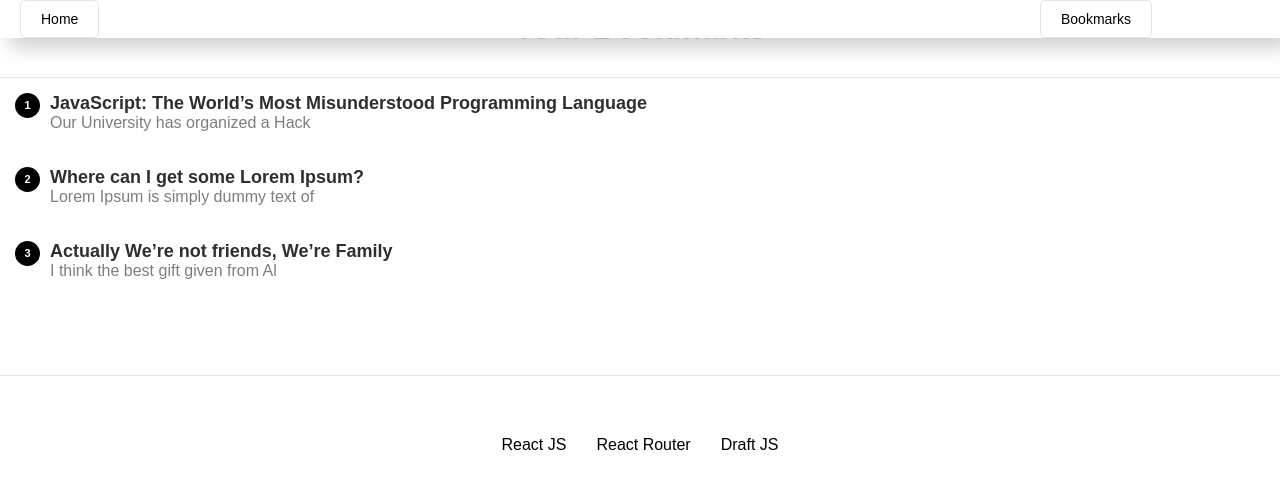
Repository: DevLaukey/task
Page: /react-mini-blog/bookmark
The author's editor kept a copy of each file at every save. The page is drawn from the files as they stood at one save, then again after the next save.
The browser window is 1280 px wide. The pictures show the whole page.
The project was rebuilt for these pictures with package versions that can differ from the ones it lists, and the page was loaded fresh each time. Also part of the build but not shown: src/data.js, src/Components/content/Post.js, src/Components/content/Posts.js, src/Components/content/Content.js, src/Components/RichText/StyleButton.js, src/Components/RichText/BlockStyleControls.js, src/Components/RichText/InlineStyleControls.js, src/Components/posts/posts.css and 3 more.

Above is the page before, as saved 2022-06-13 13:48:32.

### public/index.html
<!DOCTYPE html>
<html lang="en">
  <head>
    <meta charset="utf-8">
    <meta name="viewport" content="width=device-width, initial-scale=1, shrink-to-fit=no">
    <meta name="theme-color" content="#000000">
    <!--
      manifest.json provides metadata used when your web app is added to the
      homescreen on Android. See https://developers.google.com/web/fundamentals/engage-and-retain/web-app-manifest/
    -->
    <link rel="manifest" href="%PUBLIC_URL%/manifest.json">
    <link rel="shortcut icon" href="%PUBLIC_URL%/favicon.ico">
    <!--
      Notice the use of %PUBLIC_URL% in the tags above.
      It will be replaced with the URL of the `public` folder during the build.
      Only files inside the `public` folder can be referenced from the HTML.

      Unlike "/favicon.ico" or "favicon.ico", "%PUBLIC_URL%/favicon.ico" will
      work correctly both with client-side routing and a non-root public URL.
      Learn how to configure a non-root public URL by running `npm run build`.
    -->
    <title>React Mini Blog - By Zonayed Ahmed</title>
  </head>
  <body>
    <noscript>
      You need to enable JavaScript to run this app.
    </noscript>
    <div id="root"></div>
    <!--
      This HTML file is a template.
      If you open it directly in the browser, you will see an empty page.

      You can add webfonts, meta tags, or analytics to this file.
      The build step will place the bundled scripts into the <body> tag.

      To begin the development, run `npm start` or `yarn start`.
      To create a production bundle, use `npm run build` or `yarn build`.
    -->
  </body>
</html>

### src/App.js
import React, { Component } from "react";
import { BrowserRouter as Router, Route } from "react-router-dom";
import "./App.css";
import data from "./data";
import Footer from "./Components/footer/Footer";
import Header from "./Components/header/Header";
import Content from "./Components/content/Content";
import Bookmark from "./Components/content/Bookmark";
import NewStory from "./Components/posts/NewStory";
import SinglePost from "./Components/posts/SinglePost";

export default class App extends Component {
  constructor(props) {
    super(props);
    this.state = {
      posts: data,
    };

    this.handleBookmark = this.handleBookmark.bind(this);
    this.handleRemoveBookmark = this.handleRemoveBookmark.bind(this);
    this.handleSubmission = this.handleSubmission.bind(this);
    this.handleRemove = this.handleRemove.bind(this);
  }

  handleBookmark(data) {
    let posts = this.state.posts;
    posts = posts.map((post) =>
      post === data
        ? { id: post.id, title: post.title, body: post.body, bookmark: true }
        : post
    );
    this.setState({ posts });
  }

  handleRemoveBookmark(data) {
    let posts = this.state.posts;
    posts = posts.map((post) =>
      post === data
        ? { id: post.id, title: post.title, body: post.body, bookmark: false }
        : post
    );
    this.setState({ posts });
  }

  handleSubmission(data) {
    let posts = this.state.posts;
    posts = [data, ...posts];
    this.setState({ posts });
  }

  handleRemove(post, history) {
    let posts = this.state.posts;
    posts = posts.filter((onepost) => onepost !== post);
    this.setState({ posts });
    history.push("/");
    this.handleWindow();
  }

  handleWindow() {
    window.scrollTo(0, 0);
  }

  render() {
    return (
      <Router basename="/react-mini-blog">
        <div className="App">
          <Route path="*" render={(props) => <Header {...props} />} />
          <Route
            exact
            path="/"
            render={() => (
              <Content
                posts={this.state.posts}
                bookmarks={this.state.posts.filter((post) => post.bookmark)}
                handleBookmark={this.handleBookmark}
                handleRemoveBookmark={this.handleRemoveBookmark}
              />
            )}
          />
          <Route
            exact
            path="/new"
            render={() => <NewStory handleSubmission={this.handleSubmission} />}
          />
          <Route
            exact
            path="/bookmark"
            render={() => (
              <Bookmark
                bookmarks={this.state.posts.filter((post) => post.bookmark)}
              />
            )}
          />
          <Route
            exact
            path="/post/:id"
            render={(props) => (
              <SinglePost
                {...props}
                posts={this.state.posts}
                handleBookmark={this.handleBookmark}
                handleRemoveBookmark={this.handleRemoveBookmark}
                handleRemove={this.handleRemove}
                handleWindow={this.handleWindow()}
              />
            )}
          />
          <Footer />
        </div>
      </Router>
    );
  }
}

### src/App.css
* {
  box-sizing: border-box;
  margin: 0;
  padding: 0;
}

.App {
  width: 100vw;
}

.btn {
  background: #fff;
  border: solid 1px rgba(0, 0, 0, 0.1);
  padding: 10px 20px;
  font-size: 14px;
  border-radius: 5px;
  margin: 10px;
}

a.btn {
  text-decoration: none;
  color: #000;
}

.btn:hover {
  cursor: pointer;
  border-color: #000;
}



.input-title {
  font-size: 32px;
  width: 100%;
  font-weight: 700;
  border: none;
  box-shadow: none;
  padding: 15px 0;
}

.input-title:focus {
  outline: none;
}

.richtext-editor {
  width: calc(100% / 1.35);
  margin: 0 auto;
}

.RichEditor-styleButton {
  background-color: #000;
  color: #fff;
  padding: 2px 5px;
  margin: 0;
  margin-right: 10px;
  border: 2px solid transparent;
}

.RichEditor-activeButton {
  border-color: #000;
  color: #000;
  background-color: transparent;
}

.public-DraftEditorPlaceholder-root {
  padding: 0;
  position: absolute;
  color: rgba(0, 0, 0, 0.3);
  font-weight: 700;
  font-size: 18px;
}

.public-DraftEditorPlaceholder-inner {
  font-size: 18px;
}

.msg-success {
  color: #4caf50;
}

.msg-error {
  color: #f44336;
}

### src/Components/footer/Footer.js
import React from 'react';
import "./footer.css"
export default () => {
  return (
    <footer>
      <div className="footer">
        <ul>
          <li>React JS</li>
          <li>React Router</li>
          <li>Draft JS</li>
        </ul>
      </div>
    </footer>
  )
}

### src/Components/header/Header.js
import React from "react";
import { Link } from "react-router-dom";
import "./header.css";

export default ({ match: { url } }) => {
  return (
    <header>
      <nav className="navbar">
        <div className="header__newStory">
          {url === "/" ? (
            <Link to="/new" className="btn btn-new">
              New Story
            </Link>
          ) : (
            <Link to="/" className="btn btn-new">
              Home
            </Link>
          )}
        </div>
        <div className="header__bookmarks">
          <Link to="/bookmark" className="btn btn-bookmarks">
            Bookmarks
          </Link>
        </div>
      </nav>
    </header>
  );
};

### src/Components/content/Bookmark.js
import React from "react";
import Bookmarks from "./Bookmarks";
import "./content.css"
export default ({ bookmarks }) => {
  return (
    <div className="bookmark-page">
      <h1 className="bookmark__h1">Your Bookmarks</h1>
      <Bookmarks bookmarks={bookmarks} />
    </div>
  );
};

### src/Components/footer/footer.css

footer {
  clear: both;
  padding: 60px 0;
}

.footer ul {
  margin: 0;
  padding: 0;
  padding-top: 60px;
  border-top: solid 1px rgba(0, 0, 0, 0.10);
  text-align: center;
}

.footer ul li {
  list-style: none;
  display: inline-block;
  margin: 0 15px;
}

.footer ul li a {
  background-color: #000;
  color: #fff;
  text-decoration: none;
  padding: 2px 5px;
  border-radius: 4px;
}

### src/Components/header/header.css
header {
  background-color: white;
  position: fixed;
  top: 0;
  width: 100%;
  box-shadow: 10px 10px 19px #d0d0d0, -10px -10px 19px #f0f0f0;
}
.navbar {
  display: flex;
  justify-content: space-between;
  margin: 10px 10px;
  width: 90vw;
}

### src/Components/content/Bookmarks.js
import React from "react";
import { Link } from "react-router-dom";
import { leveningStr } from "../../helper";
import "./content.css";
export default ({ bookmarks }) => {
  const { length } = bookmarks;
  const showPost =
    length > 0 ? (
      bookmarks.map(({ id, title, body }, index) => (
        <div key={id} className="bookmark">
          <span className="number">{index + 1}</span>
          <h5>
            <Link to={`/post/${id}`}>{title}</Link>
          </h5>
          <p>{leveningStr(body, 35)}</p>
        </div>
      ))
    ) : (
      <p>No Bookmark Found</p>
    );
  return <div>{showPost}</div>;
};

### src/Components/content/content.css
.content-area {
  width: 100vw;
  display: flex;
}
.all-posts {
  width: 100%;
  margin: 15px;
}


.bookmarks-sidebar {
  display: none;

}
.post {
  margin-bottom: 30px;
  padding: 0 25px;
  border-bottom: 1px solid #9b9898;
}

.post a {
  color: #000;
  text-decoration: none;
}

.post h3 {
  font-size: 26px;
  margin-bottom: 15px;
}

.post p {
  line-height: 1.8;
}

.post ul {
  display: flex;
  align-items: center;
  flex-wrap: wrap;
  padding: 0;
}

.post ul li {
  margin: 10px;
  list-style: none;
  display: inline-block;
}

.post ul li button {
  margin-right: 15px;
}

.post-foot {
  border-top: solid 1px rgba(0, 0, 0, 0.1);
  margin: 0;
  margin-top: 35px;
  padding: 35px 0;
}

.post-foot li {
  list-style: none;
  display: inline-block;
}

.btn-more {
  margin-right: 15px;
}
.btn-remove-bookmarks {
  background-color: #000;
  color: #fff;
}

.btn-remove {
  background-color: #F44336;
  color: #fff;
  margin-left: 15px;
}

.btn-submit {
  margin-top: 15px;
}

.bookmark {
  position: relative;
  padding-left: 35px;
  margin-left: 15px;
  margin-top: 15px;
  margin-bottom: 35px;
}

.bookmark h5 {
  font-size: 18px;
  margin-bottom: 0;
}

.bookmark h5 a {
  text-decoration: none;
  color: rgb(48, 46, 46);
}

.bookmark p {
  font-size: 16px;
  color: rgba(99, 90, 90, 0.8);
  margin: 0;
}

.bookmark .number {
  position: absolute;
  left: 0;
  background-color: #000;
  color: #fff;
  font-size: 11px;
  font-weight: 900;
  height: 25px;
  width: 25px;
  border-radius: 100%;
  text-align: center;
  top: 0;
  line-height: 25px;
}
.bookmark-page {
  margin-top: 10px;
}
.bookmark__h1{
  text-align: center;
}

.bookmark-page h1 {
  border-bottom: solid 1px rgba(0, 0, 0, 0.1);
  padding-bottom: 30px;
}


/* MEDIA QUERY FOR LARGER SCREENS */
@media screen and (min-width: 768px) {
  .bookmarks-sidebar {
    display: flex;
    flex-direction: column;
    flex-wrap: wrap;
    padding: 20px;
      background-color: #fafafa;

  }
}

### src/helper.js
export const leveningStr = (data, amount) => {
  let string = data.split(/<\/?\w*>/);
  string = string.reduce((data, one)=>data+=one);
  string = string.substr(0, amount);
  return string;
}

Loaded but not shown: src/index.js (common file); src/index.css (common file); src/registerServiceWorker.js (common file)

After the next save:
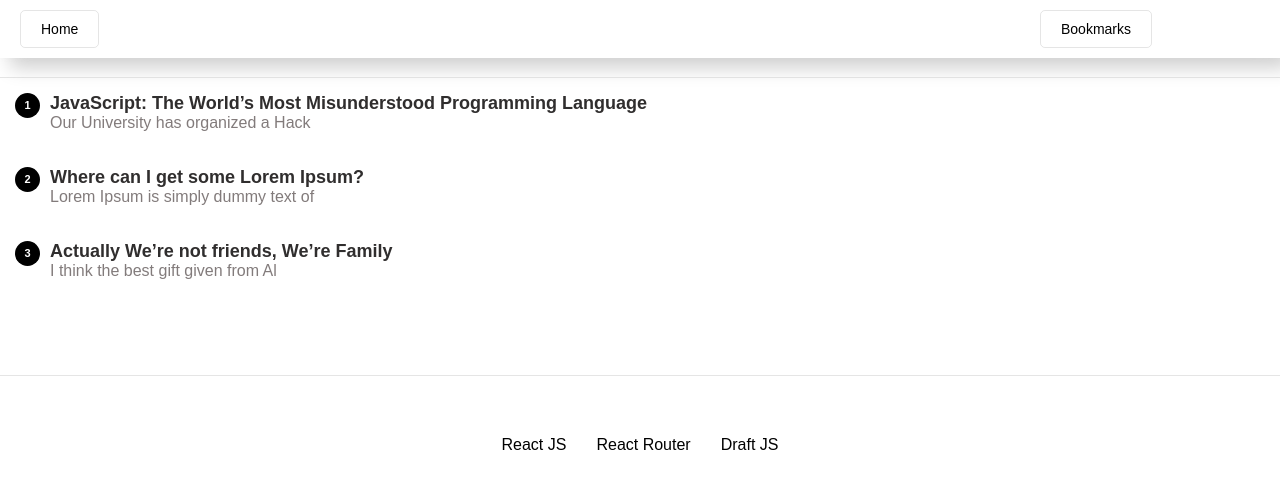
Saved 5 s later.
--- a/src/Components/header/header.css
+++ b/src/Components/header/header.css
@@ -8,6 +8,6 @@ header {
 .navbar {
   display: flex;
   justify-content: space-between;
-  margin: 10px 10px;
+  margin: 20px 10px;
   width: 90vw;
 }
